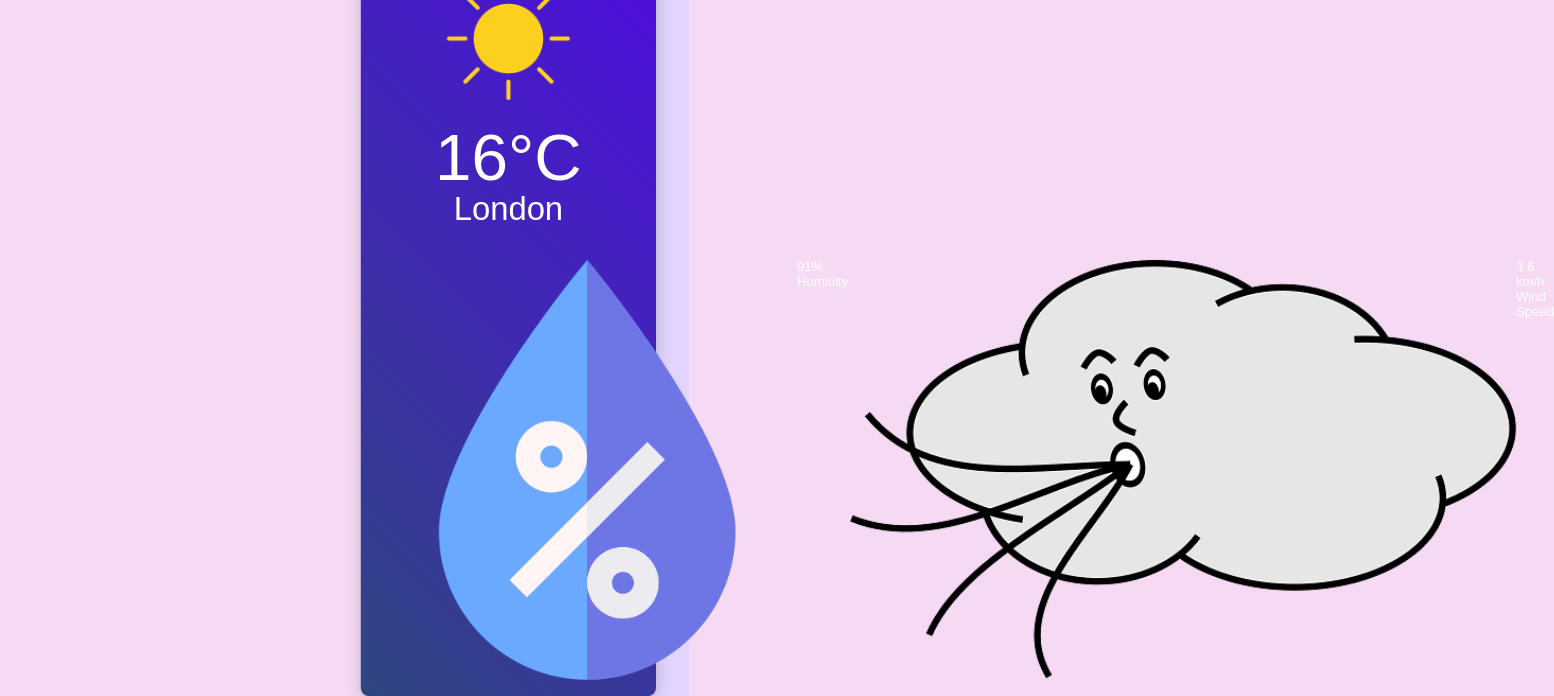
Repository: wakoya-tech/wheather-app
Page: /
An editor plug-in stored every save of this project. The page is shown before and after the next save, followed by the edit.
The browser window is 1280 px wide. The page is 1895 px wide, then 1711 px, so the pictures cover 1895 px, including what lies to the right of the window. The pictures show the whole page, at 82% of full size.
The project was rebuilt for these pictures with package versions that can differ from the ones it lists, and the page was loaded fresh each time. Also part of the build but not shown: vite.config.js, src/App.css.

Above is the page before, as saved 2025-10-18 21:39:53.

### index.html
<!DOCTYPE html>
<html lang="en">
  <head>
    <meta charset="UTF-8" />
    <link rel="icon" type="image/svg+xml" href="/vite.svg" />
    <meta name="viewport" content="width=device-width, initial-scale=1.0" />
    <title>Weather App - wakoCode</title>
  </head>
  <body>
    <div id="root"></div>
    <script type="module" src="/src/main.jsx"></script>
  </body>
</html>

### src/App.jsx
import { useState } from 'react'
import Weather from './Components/Weather'

import './App.css'

function App() {
 return(
 <div className='App'>

<Weather/>

 </div>

 )

}

export default App

### src/index.css

*{
    margin: 0;
    padding: 0;
    box-sizing: border-box;
    font-family: "poppins",sans-serif;
}
.App {
    min-height: 100vh;
    display: grid;
    background: #e2d4ff;
}

### src/Components/Weather.jsx
import React from 'react';
import './Weather.css';
import search_icon from '../assets/Search.png';
import clear from '../assets/Clear.png';
import wind from '../assets/Wind.png';
import humidity from '../assets/Humidity.png';

function Weather() {
  return (
    <div className='weather'>
      <div className="search-bar">
        <input type="text" placeholder='Search' />
        <img src={search_icon} alt="Search" />
      </div>

      <img src={clear} alt="Weather Icon" className='weather-icon' />
      <p className='temperature'>16°C</p>
      <p className='location'>London</p>

      <div className="weather-data">
        <div className="col">
          <img src={humidity} alt="Humidity" />
          <div>
            <p>91%</p>
            <span>Humidity</span>
          </div>
        </div>

        <div className="col">
          <img src={wind} alt="Wind Speed" />
          <div>
            <p>3.6 km/h</p>
            <span>Wind Speed</span>
          </div>
        </div>
      </div>
    </div>
  );
}

export default Weather;

### src/Components/Weather.css
/* App.css or Weather.css */

/* 🌍 Center the entire app on screen */
body {
    margin: 0;
    height: 100vh;
    display: flex;
    justify-content: center;
    align-items: center;
    background: #f6daf4;
  }

  /* 🌤️ Weather container */
  .weather {
    width: 90%;
    max-width: 400px;
    padding: 20px;
    border-radius: 10px;
    background-image: linear-gradient(45deg, #2f4680, #500ae4);
    display: flex;
    flex-direction: column;
    align-items: center;

  box-shadow: 0 4px 20px rgba(0, 0, 0, 0.2);


  }

  /* 🔍 Search bar */
  .search-bar {
    display: flex;
    text-align: center;
    align-items: center;
    gap: 10px;
  }

  .search-bar input {
    height: 50px;
    font-size: 16px;
    border-radius: 40px;
    padding-left: 25px;
    border: none;
    outline: none;
    color: #626262;

  }

  .search-bar img {
    width: 50px;
    padding: 15px;
    border-radius: 50%;
    background: #ebfffc;
    cursor: pointer;
    transition: 0.2s ease;
  }

  .search-bar img:hover {
    background: #d6f5f2;
    transform: scale(1.05);
  }

  /* 🌦️ Weather display */
  .weather-icon {
    width: 150px;
    margin: 30px 0;
  }

  .temperature {
    color: #fff;
    font-size: 80px;
    line-height: 1;
  }

  .location {
    color: #fff;
    font-size: 40px;
  }

  /* 💧 Wind & humidity data section */
  .weather-data {
    width: 100%;
    margin-top: 40px;
    color: #fff;
    display: flex;
    justify-content: space-between;
  }
  .weather-data .col{
    display: flex;
  }

Loaded but not shown: src/main.jsx (common file)

After the next save:
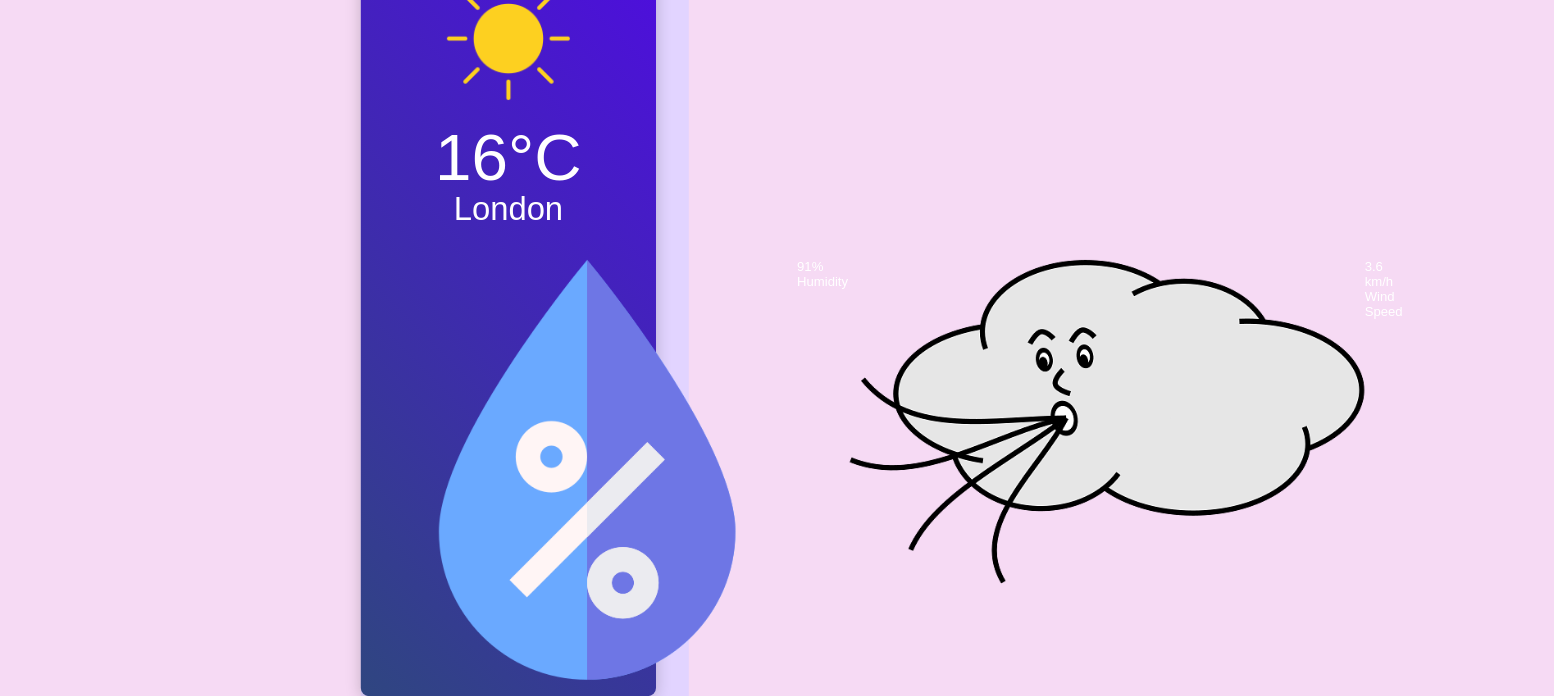
Saved 29 s later.
--- a/src/Components/Weather.css
+++ b/src/Components/Weather.css
@@ -86,4 +86,5 @@ body {
   }
   .weather-data .col{
     display: flex;
+    align-items: flex-start;
   }
